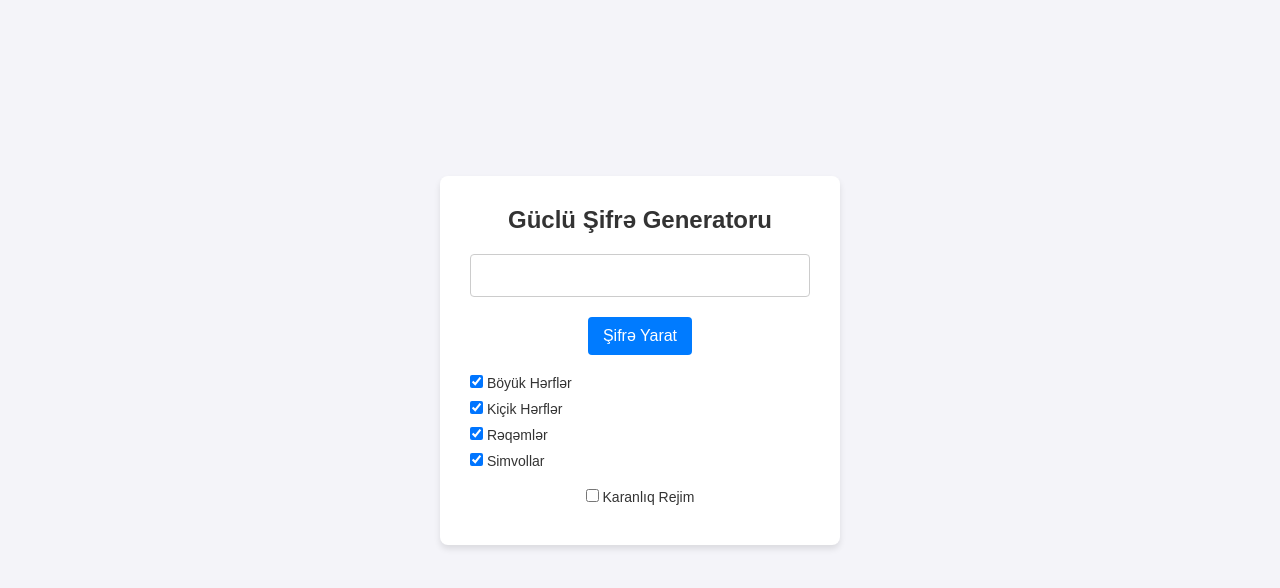
Repository: ferhadsultan98/pass-generator
Page: pass.html
These files come from the project's save history. The page is drawn as it stood at one moment and after the next save; the edit follows.
The browser window is 1280 px wide. The pictures show the whole page.

Above is the page before, as saved 2025-03-04 12:00:23.

### pass.html
<!DOCTYPE html>
<html lang="az">
<head>
  <meta charset="UTF-8">
  <meta name="viewport" content="width=device-width, initial-scale=1.0">
  <title>Güclü Şifrə Generatoru</title>
<style>
    * {
  margin: 0;
  padding: 0;
  box-sizing: border-box;
}

body {
  font-family: Arial, sans-serif;
  height: 100vh;
  display: flex;
  justify-content: center;
  align-items: center;
  background-color: #f4f4f9;
  color: #333;
  transition: background-color 0.3s, color 0.3s;
}

body.dark-mode {
  background-color: #333;
  color: #f4f4f9;
}

.container {
  background-color: #fff;
  padding: 30px;
  border-radius: 8px;
  box-shadow: 0 4px 6px rgba(0, 0, 0, 0.1);
  text-align: center;
  width: 100%;
  max-width: 400px;
}

body.dark-mode .container {
  background-color: #444;
  box-shadow: 0 4px 6px rgba(0, 0, 0, 0.3);
}

h1 {
  margin-bottom: 20px;
  font-size: 24px;
}

#password {
  width: 100%;
  padding: 10px;
  font-size: 18px;
  margin-bottom: 20px;
  border: 1px solid #ccc;
  border-radius: 4px;
}

button {
  padding: 10px 15px;
  font-size: 16px;
  background-color: #007bff;
  color: white;
  border: none;
  border-radius: 4px;
  cursor: pointer;
}

button:hover {
  background-color: #0056b3;
}

.options {
  margin-top: 20px;
  text-align: left;
}

label {
  display: block;
  margin-bottom: 10px;
  font-size: 14px;
}

.theme-switch {
  margin-top: 20px;
}

body.dark-mode .theme-switch label {
  color: #fff;
}

/* Responsiveness */
@media (max-width: 500px) {
  .container {
    padding: 20px;
  }

  h1 {
    font-size: 20px;
  }

  button {
    font-size: 14px;
  }
}

</style>
</head>
<body>
  <div class="container">
    <h1>Güclü Şifrə Generatoru</h1>
    <input type="text" id="password" readonly>
    <button onclick="generatePassword()">Şifrə Yarat</button>

    <div class="options">
      <label>
        <input type="checkbox" id="includeUppercase" checked>
        Böyük Hərflər
      </label>
      <label>
        <input type="checkbox" id="includeLowercase" checked>
        Kiçik Hərflər
      </label>
      <label>
        <input type="checkbox" id="includeNumbers" checked>
        Rəqəmlər
      </label>
      <label>
        <input type="checkbox" id="includeSymbols" checked>
        Simvollar
      </label>
    </div>

    <div class="theme-switch">
      <label>
        <input type="checkbox" id="themeToggle" onchange="toggleTheme()">
        Karanlıq Rejim
      </label>
    </div>
  </div>

<script>
    // Şifrə yaratma funksiyası
function generatePassword() {
  const length = 12; // Şifrə uzunluğu
  const includeUppercase = document.getElementById('includeUppercase').checked;
  const includeLowercase = document.getElementById('includeLowercase').checked;
  const includeNumbers = document.getElementById('includeNumbers').checked;
  const includeSymbols = document.getElementById('includeSymbols').checked;

  let characters = '';
  if (includeUppercase) characters += 'ABCDEFGHIJKLMNOPQRSTUVWXYZ';
  if (includeLowercase) characters += 'abcdefghijklmnopqrstuvwxyz';
  if (includeNumbers) characters += '0123456789';
  if (includeSymbols) characters += '!@#$%^&*()-_=+[]{}|;:,.<>?/';

  if (characters === '') {
    alert('Ən az bir seçim etməlisiniz!');
    return;
  }

  let password = '';
  for (let i = 0; i < length; i++) {
    password += characters.charAt(Math.floor(Math.random() * characters.length));
  }

  document.getElementById('password').value = password;
}

// Tema dəyişdirmə funksiyası
function toggleTheme() {
  const themeToggle = document.getElementById('themeToggle');
  if (themeToggle.checked) {
    document.body.classList.add('dark-mode');
  } else {
    document.body.classList.remove('dark-mode');
  }
}

</script>
</body>
</html>

After the next save:
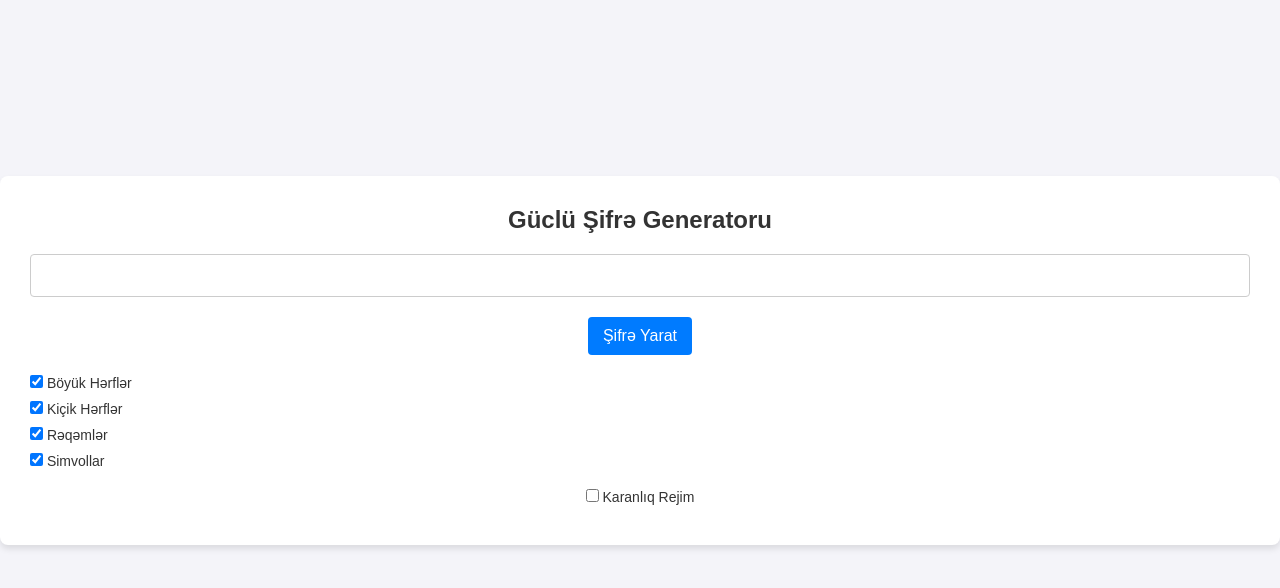
Saved 46 s later.
--- a/pass.html
+++ b/pass.html
@@ -34,7 +34,6 @@ body.dark-mode {
   box-shadow: 0 4px 6px rgba(0, 0, 0, 0.1);
   text-align: center;
   width: 100%;
-  max-width: 400px;
 }
 
 body.dark-mode .container {
